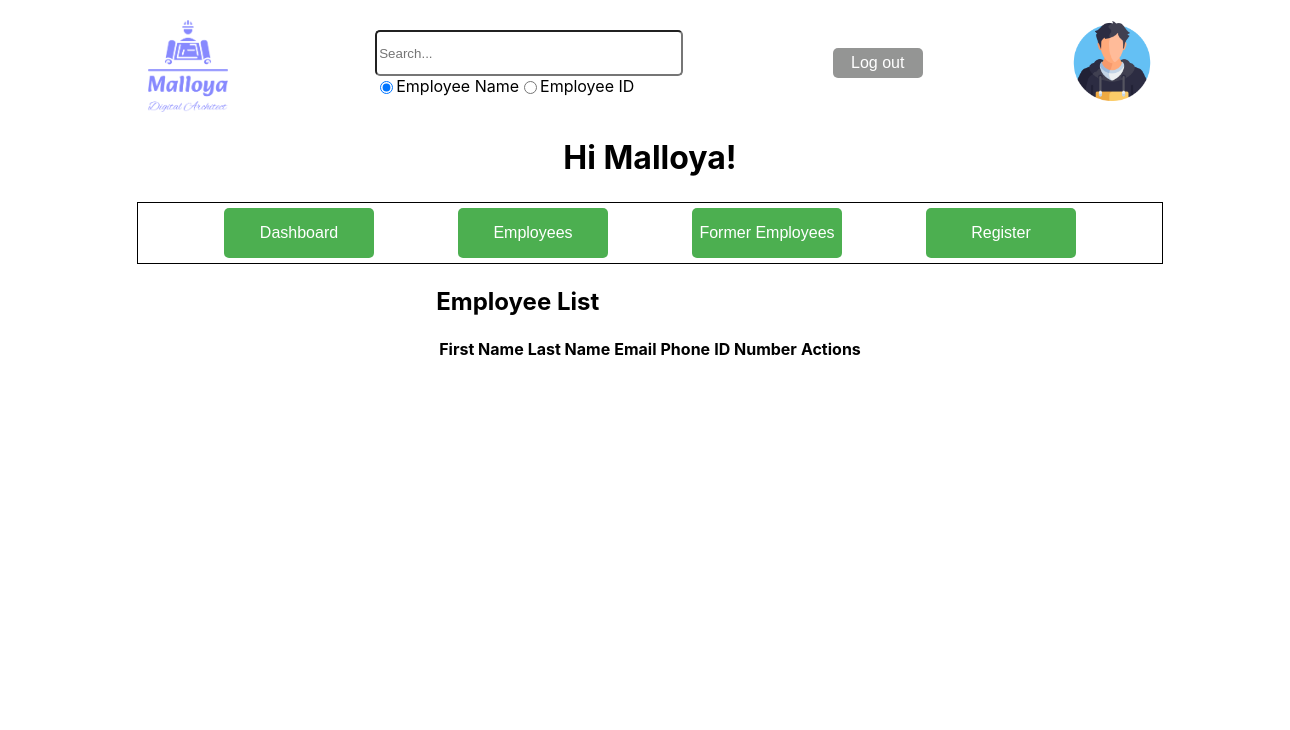
Repository: SbuKhoza/register
Page: /employees
The author's editor kept a copy of each file at every save. The page is drawn from the files as they stood at one save, then again after a run of saves.
The browser window is 1280 px wide. The page is 1290 px wide, so the pictures cover 1290 px, including what lies to the right of the window. The pictures show the whole page.
The project was rebuilt for these pictures with package versions that can differ from the ones it lists, and the page was loaded fresh each time. Also part of the build but not shown: src/Form.css, src/Form.js, src/Home.js, src/Login.css, src/Login.js, src/FEmployee.css, src/Fempl.js, src/FEmployee.js and 3 more.

Above is the page before, as saved 2024-07-22 15:48:27.

### src/App.js
import './App.css';
import Home from './Home';
import Login from './Login';
import Employee from './Employee';
import FEmployee from './FEmployee';
import Register from './Register';
import EditEmployee from './EditEmployee';
import { BrowserRouter, Routes, Route } from "react-router-dom";

function App() {
    return (
        <div className="App">
            <BrowserRouter>
                <Routes>
                    <Route path="/" element={<Login />} />
                    <Route path="/home" element={<Home />} />
                    <Route path="/employees" element={<Employee />} />
                    <Route path="/former-employees" element={<FEmployee />} />
                    <Route path="/register" element={<Register />} />
                    <Route path="/edit-employee/:id" element={<EditEmployee />} />
                </Routes>
            </BrowserRouter>
        </div>
    );
}

export default App;

### src/App.css
body {
    height: 100vh;

}

### src/Employee.js
import React, { useState } from 'react';
import './Employee';
import Employ from './Employ';
import { useNavigate } from 'react-router-dom';

function Home() {
    const [searchOption, setSearchOption] = useState('fname');
    const [searchValue, setSearchValue] = useState('');
    const navigate = useNavigate();

    const handleOptionChange = (event) => {
        setSearchOption(event.target.value);
        setSearchValue('');
    };

    const handleSearchChange = (event) => {
        const value = event.target.value;
        if (searchOption === 'fname') {
            if (/^[a-zA-Z]*$/.test(value)) {
                setSearchValue(value);
            }
        } else if (searchOption === 'emp-id') {
            if (/^\d*$/.test(value)) {
                setSearchValue(value);
            }
        }
    };

    const handleSearch = () => {
        console.log(`Searching for ${searchValue} by ${searchOption}`);
    };

    const handleLogout = () => {
        navigate('/');
    };

    return (
        <div className="App">
            <div className='container'>
                <div className='heading'>
                    <nav>
                        <div className='logo'>
                            <img src='logo.png' alt='logo'></img>
                        </div>

                        <div className='search'>
                            <input type='text' placeholder='Search...' id='search'
                                value={searchValue}
                                onChange={handleSearchChange}
                            ></input>
                            <div className='rad'>
                                <input
                                    type='radio'
                                    id='nam'
                                    name='searchOption'
                                    value='fname'
                                    checked={searchOption === 'fname'}
                                    onChange={handleOptionChange}
                                ></input>
                                <label htmlFor='nam'>Employee Name</label>
                                <input
                                    type='radio'
                                    id='eid'
                                    name='searchOption'
                                    value='emp-id'
                                    checked={searchOption === 'emp-id'}
                                    onChange={handleOptionChange}
                                ></input>
                                <label htmlFor='eid'>Employee ID</label>
                            </div>
                        </div>

                        <div className='logout'>
                            <button type='button' className='btn' onClick={handleLogout}>Log out</button>
                        </div>

                        <div className='profile'>
                            <img src='boy.png' alt='profile'></img>
                        </div>
                    </nav>
                </div>

                <div className='nav2'>
                    <h1>Hi Malloya!</h1>
                </div>

                <div className='nav3'>
                    <div className='dash'>
                        <button type='button' className='btn' onClick={() => navigate('/home')}>Dashboard</button>
                        <button type='button' className='btn' onClick={() => navigate('/employees')}>Employees</button>
                        <button type='button' className='btn' onClick={() => navigate('/former-employees')}>Former Employees</button>
                        <button type='button' className='btn' onClick={() => navigate('/register')}>Register</button>
                    </div>
                </div>

                <div className='main'>
                    <Employ />

                </div>
            </div>
        </div>
    );
}

export default Home;

### src/Home.css


.container {
    display: grid;
    height: 100vh;
    width: 100%;
    margin: 10px;
    grid-template-columns: 0.5fr 1fr 1fr 0.5fr;
    grid-template-rows: 0.3fr 0.2fr 0.3fr 2fr;
    grid-template-areas: 'nav nav nav nav'
    'nav2 nav2 nav2 nav2'
    'nav3 nav3 nav3 nav3'
    'body body body body'

}

.heading {
    grid-area: nav;
    display: flex;
    width: 100%;
    justify-content: center;
    align-items: center;
}


nav {
    width: 90%;
    grid-area: nav;
    display: flex;
    justify-content: space-around;
    align-items: center;
}

.logo {
    margin-top: 10px;
    width: 80px;

}

.logo img {
    width: 100%;
    object-fit:fill;
}

.profile {
    width: 80px;
}

.profile img {
    width: 100%;
    object-fit: cover;
}
.search {
    display: flex;
    flex-direction: column;
}

.rad {
    display: flex;
}

#search {
    height: 40px;
    width: 300px;
    border-radius: 5px;
}

.btn {
    height: 30px;
    width: 90px;
    background-color: #6a6b6ab6;
    color: white;
    border: none;
    border-radius: 5px;
    text-align: center;
    text-decoration: none;
    display: inline-block;
    font-size: 16px;
    margin: 4px 2px;
}

.nav2 {
    grid-area: nav2;
    text-align: center;

}


.nav3 {
    grid-area: nav3;
    display: flex;
    justify-content: space-around;
    align-items: center;
}

.dash {
    width: 80%;
    height: 60px;
    border: 1px solid black;
    display: flex;
    justify-content: center;
    align-items: center;
    gap:80px;

}

.dash button {
    width: 150px;
    height: 50px;
    background-color: #4CAF50;
    color: white;
    border: none;
    border-radius: 5px;
    text-align: center;
    text-decoration: none;
    display: inline-block;
    font-size: 16px;
    margin: 4px 2px;
    cursor: pointer;

}

.main {
    grid-area: body;
    display: flex;
    justify-content: center;

}

### src/Employ.js
import './Employee.css';
import { useEffect, useState } from 'react';
import { useNavigate } from 'react-router-dom';

function Employ() {
    const [employees, setEmployees] = useState([]);
    const navigate = useNavigate();

    useEffect(() => {
        const storedEmployees = JSON.parse(localStorage.getItem('employees')) || [];
        setEmployees(storedEmployees);
    }, []);

    const handleDelete = (index) => {
        const updatedEmployees = [...employees];
        const [deletedEmployee] = updatedEmployees.splice(index, 1);
        setEmployees(updatedEmployees);
        localStorage.setItem('employees', JSON.stringify(updatedEmployees));

        let formerEmployees = JSON.parse(localStorage.getItem('formerEmployees')) || [];
        formerEmployees.push(deletedEmployee);
        localStorage.setItem('formerEmployees', JSON.stringify(formerEmployees));
    };

    const handleEdit = (index) => {
        navigate(`/edit-employee/${index}`);
    };

    return (
        <div className="Employee">
            <h2>Employee List</h2>
            <table>
                <thead>
                    <tr>
                        <th>First Name</th>
                        <th>Last Name</th>
                        <th>Email</th>
                        <th>Phone</th>
                        <th>ID Number</th>
                        <th>Actions</th>
                    </tr>
                </thead>
                <tbody>
                    {employees.map((employee, index) => (
                        <tr key={index}>
                            <td onClick={() => handleEdit(index)}>{employee.name}</td>
                            <td>{employee.sname}</td>
                            <td>{employee.email}</td>
                            <td>{employee.phone}</td>
                            <td>{employee.idnum}</td>
                            <td>
                                <button onClick={() => handleDelete(index)}>Delete</button>
                            </td>
                        </tr>
                    ))}
                </tbody>
            </table>
        </div>
    );
}

export default Employ;

### src/Employee.css
.FEmployee table {
    width: 100%;
    border-collapse: collapse;
    margin: 20px 0;
    font-size: 18px;
    text-align: left;
}

.FEmployee th, .FEmployee td {
    border: 1px solid #5f5d5d;
    padding: 8px;
}

.FEmployee th {
    background-color: #f2f2f2;
}

Loaded but not shown: public/index.html (common file); src/index.js (common file); src/index.css (common file); src/reportWebVitals.js (common file)

After the next 3 saves:
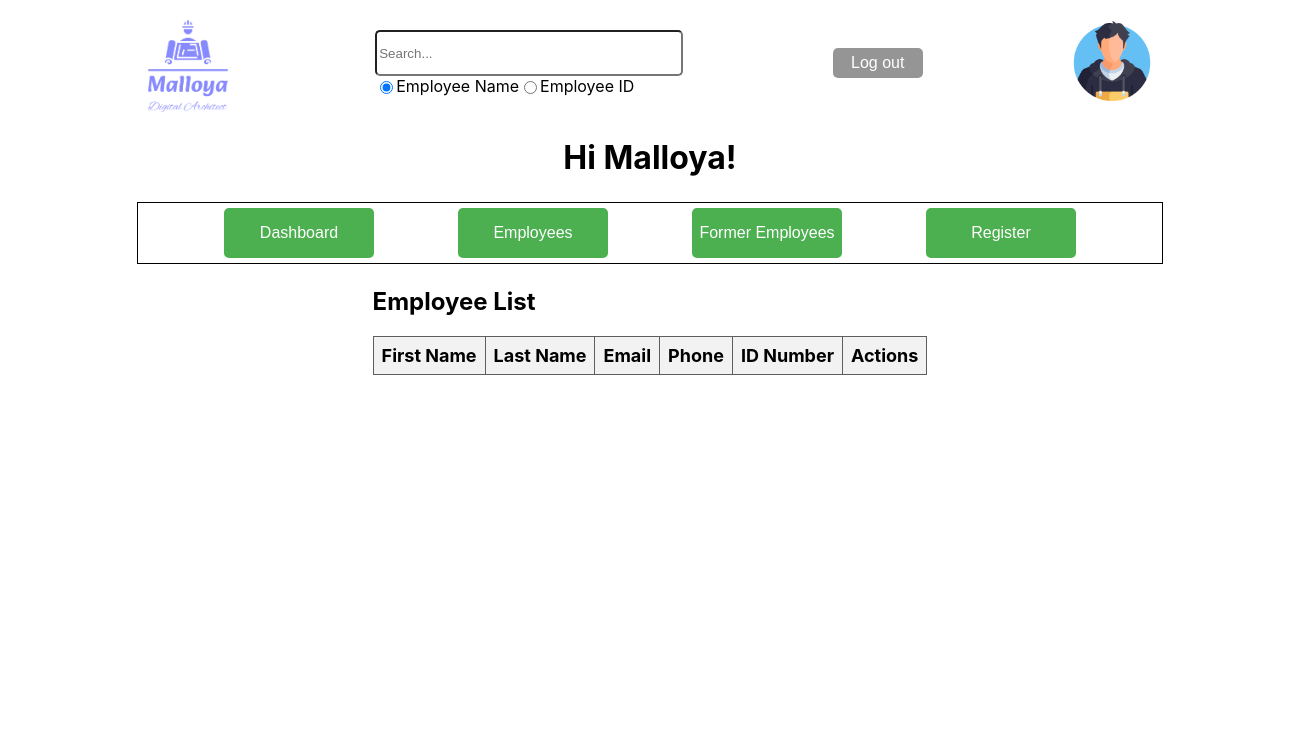
The 3 saves are shown as one change because they came seconds apart.
The last was saved 24 s later.
--- a/src/Employee.css
+++ b/src/Employee.css
@@ -1,4 +1,4 @@
-.FEmployee table {
+.Employee table {
     width: 100%;
     border-collapse: collapse;
     margin: 20px 0;
@@ -6,11 +6,11 @@
     text-align: left;
 }
 
-.FEmployee th, .FEmployee td {
+.Employee th, .FEmployee td {
     border: 1px solid #5f5d5d;
     padding: 8px;
 }
 
-.FEmployee th {
+.Employee th {
     background-color: #f2f2f2;
 }
